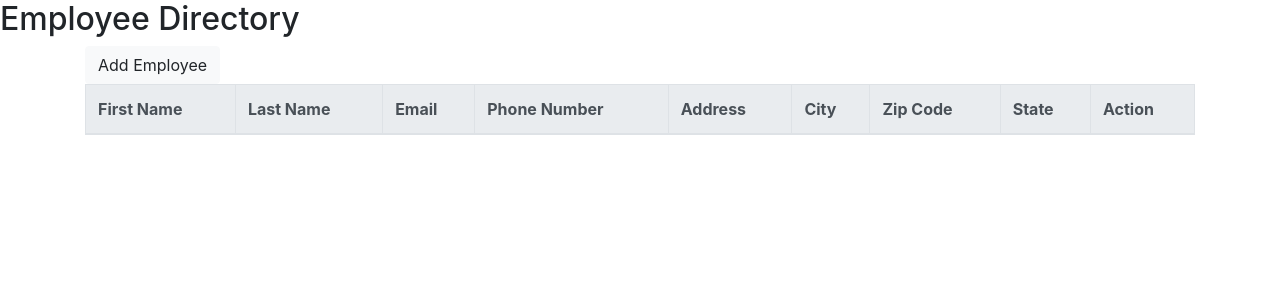
Repository: TChristian315/directory_app
Page: http://localhost/directoryapp/directory.jsp
An editor plug-in stored every save of this project. The page is shown before and after the next save, followed by the edit.
The browser window is 1280 px wide. The pictures show the whole page.
Some web libraries are served in a nearby version. The page is served by Tomcat 9. Other server files are loaded and not shown. The template is opened directly, without the code that normally fills it, so the values that code supplies are empty.

Above is the page before, as saved 2018-05-23 19:04:41.

### Workspaces/directoryapp/WebContent/directory.jsp
<%@ page language="java" contentType="text/html; charset=ISO-8859-1"
    pageEncoding="ISO-8859-1"%>
<%@ taglib uri="http://java.sun.com/jsp/jstl/core" prefix="c" %>

<!DOCTYPE html PUBLIC "-//W3C//DTD HTML 4.01 Transitional//EN" "http://www.w3.org/TR/html4/loose.dtd">
<html>
<head>
<meta http-equiv="Content-Type" content="text/html; charset=ISO-8859-1">
<link rel="stylesheet" href="https://maxcdn.bootstrapcdn.com/bootstrap/4.0.0/css/bootstrap.min.css" integrity="sha384-Gn5384xqQ1aoWXA+058RXPxPg6fy4IWvTNh0E263XmFcJlSAwiGgFAW/dAiS6JXm" crossorigin="anonymous">

<title>Employee Directory</title>
</head>
<body>

	<div class="wrapper">
		<div class="header">
			<h2> Employee Directory</h2>
		</div>

		<div class="container">

			<div class="content">

				<input type="button" value="Add Employee"
					onclick="window.location.href= 'add-employee-form.jsp'; return false;"
					class="btn btn-light" style="" />
				<!-- <form action="EmployeeControllerServlet" method="GET">
					<input type="hidden" nme="command" value="SEARCH "/>
					Search Employee: <input type="text" name="employeeSearch" />
					<input type="submit" value="Search" class="btn btn-primary" />
				</form> -->

				<table class ="table table-bordered table-hover">
					<thead class="thead-light">
						<tr>
							<th scope="col">First Name</th>
							<th scope="col">Last Name</th>
							<th scope="col">Email</th>
							<th scope="col">Phone Number</th>
							<th scope="col">Address</th>
							<th scope="col">City</th>
							<th scope="col">Zip Code</th>
							<th scope="col">State</th>
							<th scope="col">Action</th>
						</tr>
					</thead>
					<c:forEach var="tempEmployee" items="${employee_list}">

						<c:url var="updateLink" value="EmployeeControllerServlet">
							<c:param name="command" value="LOAD" />
							<c:param name="employeeId" value="${tempEmployee.id}" />
						</c:url>
						<c:url var="deleteLink" value="EmployeeControllerServlet">
							<c:param name="command" value="DELETE" />
							<c:param name="employeeId" value="${tempEmployee.id}" />
						</c:url>
					<tbody>
						<tr>
							<td>${tempEmployee.firstName}</td>
							<td>${tempEmployee.lastName}</td>
							<td>${tempEmployee.email}</td>
							<td>${tempEmployee.phoneNumber}</td>
							<td>${tempEmployee.address}</td>
							<td>${tempEmployee.city}</td>
							<td>${tempEmployee.state}</td>
							<td>${tempEmployee.zipCode}</td>
							<td><a href="${updateLink}">Update</a>
							<a href="${deleteLink}" onclick="if(!(confirm('Are you sure you want to delete this employee?'))) return false">Delete</a></td>
						</tr>
					</c:forEach>
					</tbody>

				</table>
			</div>
		</div>
	</div>


	<script src="https://code.jquery.com/jquery-3.2.1.slim.min.js" integrity="sha384-KJ3o2DKtIkvYIK3UENzmM7KCkRr/rE9/Qpg6aAZGJwFDMVNA/GpGFF93hXpG5KkN" crossorigin="anonymous"></script>
	<script src="https://cdnjs.cloudflare.com/ajax/libs/popper.js/1.12.9/umd/popper.min.js" integrity="sha384-ApNbgh9B+Y1QKtv3Rn7W3mgPxhU9K/ScQsAP7hUibX39j7fakFPskvXusvfa0b4Q" crossorigin="anonymous"></script>
	<script src="https://maxcdn.bootstrapcdn.com/bootstrap/4.0.0/js/bootstrap.min.js" integrity="sha384-JZR6Spejh4U02d8jOt6vLEHfe/JQGiRRSQQxSfFWpi1MquVdAyjUar5+76PVCmYl" crossorigin="anonymous"></script>


</body>
</html>

After the next save:
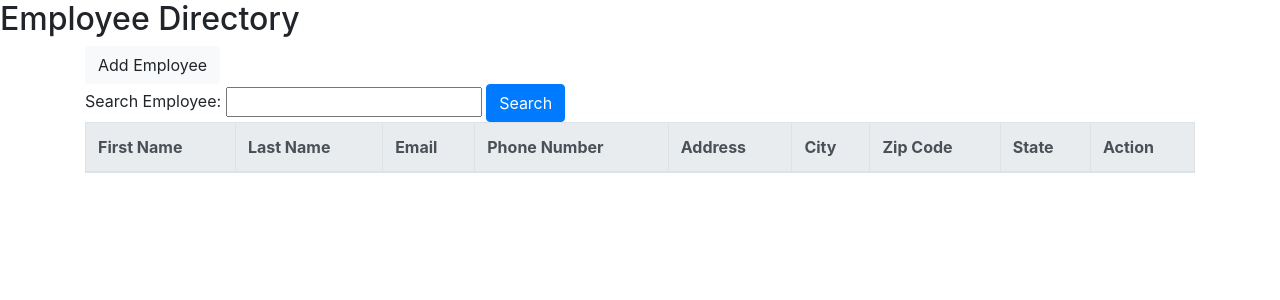
Saved 33 s later.
--- a/Workspaces/directoryapp/WebContent/directory.jsp
+++ b/Workspaces/directoryapp/WebContent/directory.jsp
@@ -24,11 +24,11 @@
 				<input type="button" value="Add Employee"
 					onclick="window.location.href= 'add-employee-form.jsp'; return false;"
 					class="btn btn-light" style="" />
-				<!-- <form action="EmployeeControllerServlet" method="GET">
+				<form action="EmployeeControllerServlet" method="GET">
 					<input type="hidden" nme="command" value="SEARCH "/>
 					Search Employee: <input type="text" name="employeeSearch" />
 					<input type="submit" value="Search" class="btn btn-primary" />
-				</form> -->
+				</form>
 
 				<table class ="table table-bordered table-hover">
 					<thead class="thead-light">
